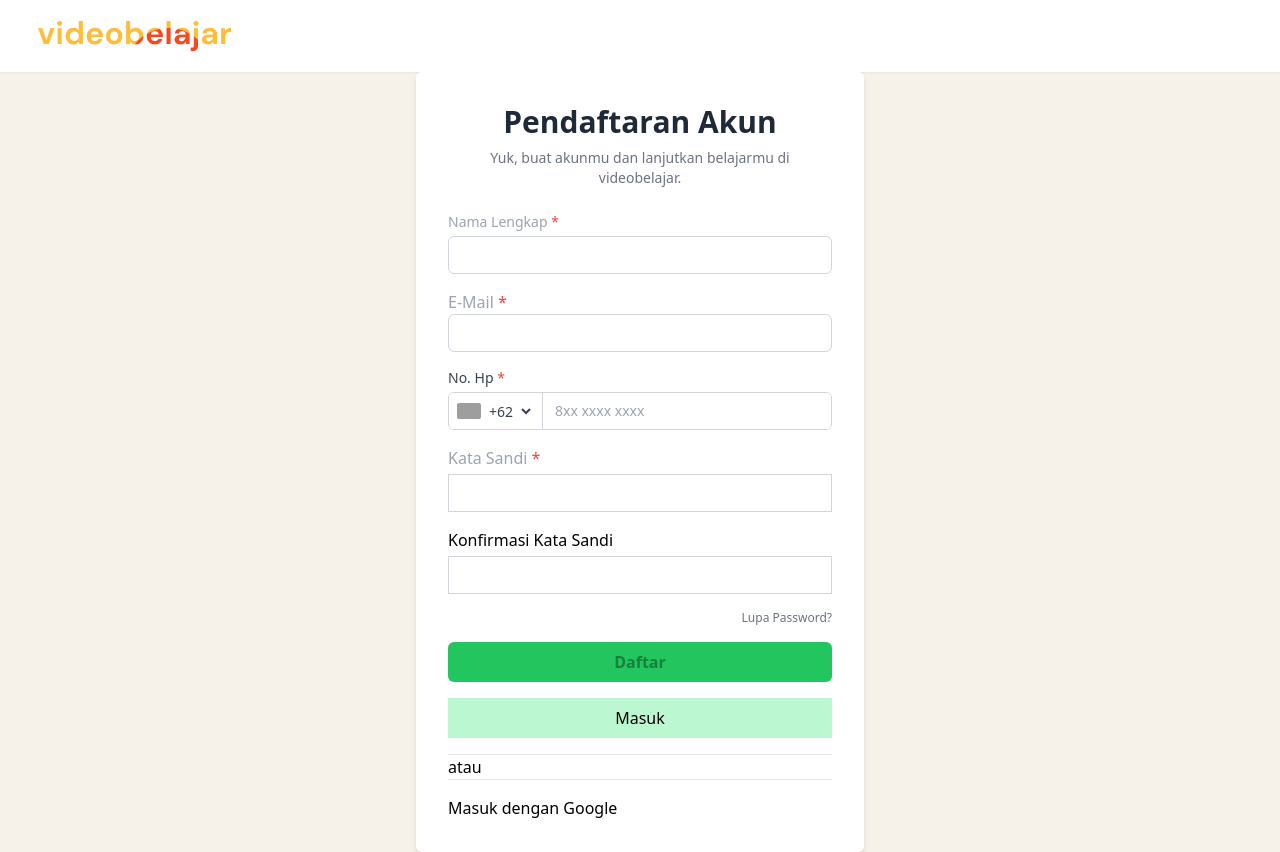
Repository: dimascahyanugraha/Course-Mission-4
Page: /signup
The author's editor kept a copy of each file at every save. The page is drawn from the files as they stood at one save, then again after the next save.
The browser window is 1280 px wide. The pictures show the whole page.
Pictures or frames that could not be fetched are drawn as grey boxes. The project was rebuilt for these pictures with package versions that can differ from the ones it lists, and the page was loaded fresh each time. Also part of the build but not shown: vite.config.js, src/components/LoginPage.jsx.

Above is the page before, as saved 2026-05-30 00:22:07.

After the next save:
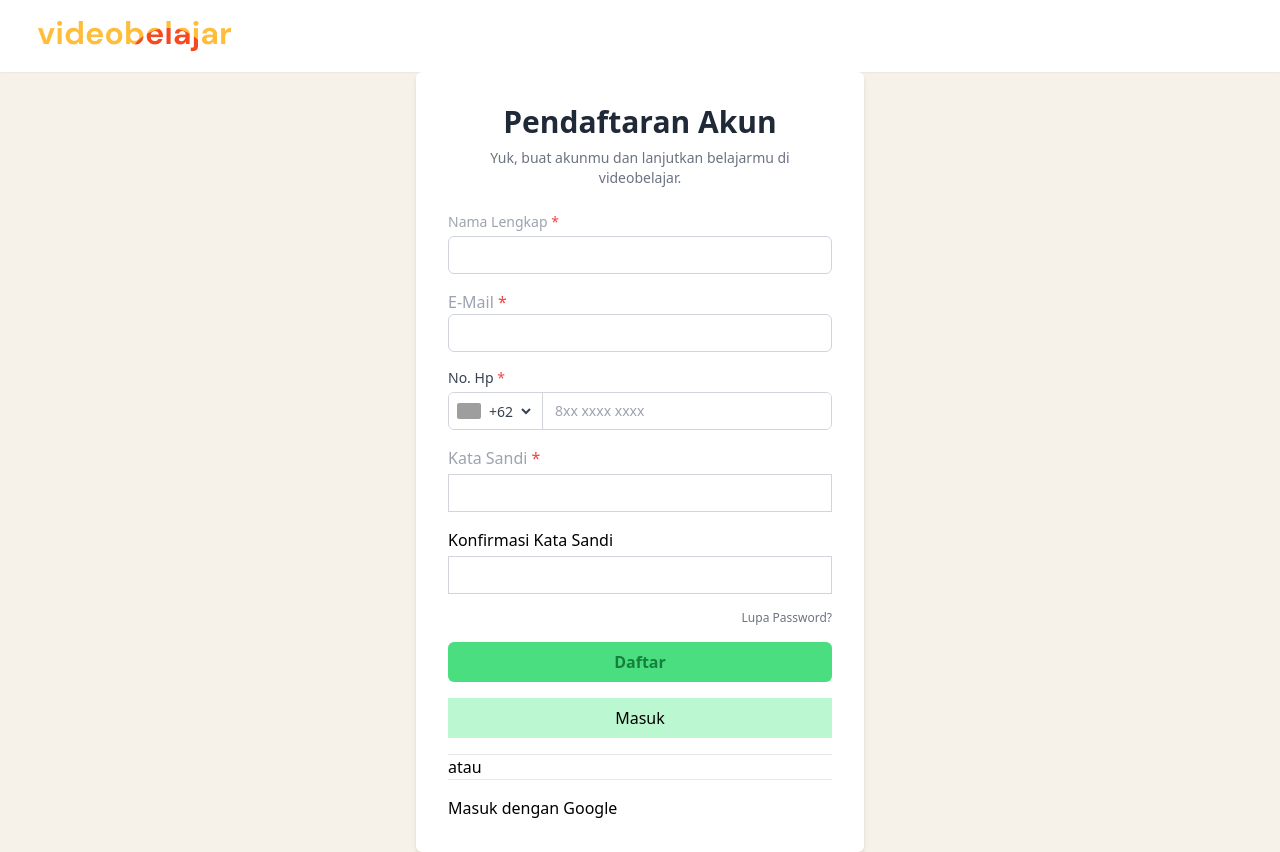
Saved 9 s later.
--- a/src/components/Signup.jsx
+++ b/src/components/Signup.jsx
@@ -81,7 +81,7 @@ export default function Signup() {
                 Lupa Password?
               </a>
             </div>
-            <button className="w-full bg-green-500 text-green-700 font-semibold py-2 rounded-md hover:bg-green-200 transition">
+            <button className="w-full bg-green-400 text-green-700 font-semibold py-2 rounded-md hover:bg-green-200 transition">
               Daftar
             </button>
             <button className="bg-green-200 w-full py-2">Masuk</button>
